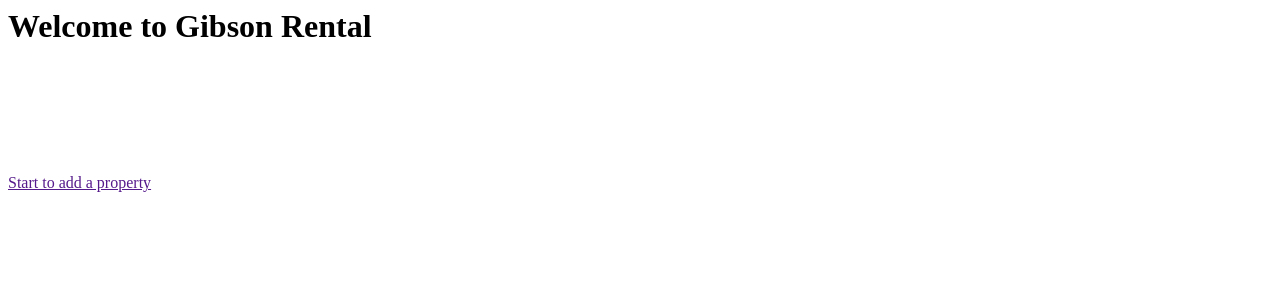
Repository: matthewbgibson/spring-2023-cis2625-serverless
Page: gibson-rental/index.html
The author's editor kept a record of every edit. The page is drawn from the files as they stood at one moment, then again after the next edit.
The browser window is 1280 px wide. The pictures show the whole page.

Above is the page before.

### gibson-rental/index.html
<body>
    <h1>Welcome to Gibson Rental</h1>
    </br>
    </br>
    </br>
    </br>
    </br>
    </br>

    <a href="">Start to add a property</a>
</body>

After the next edit:
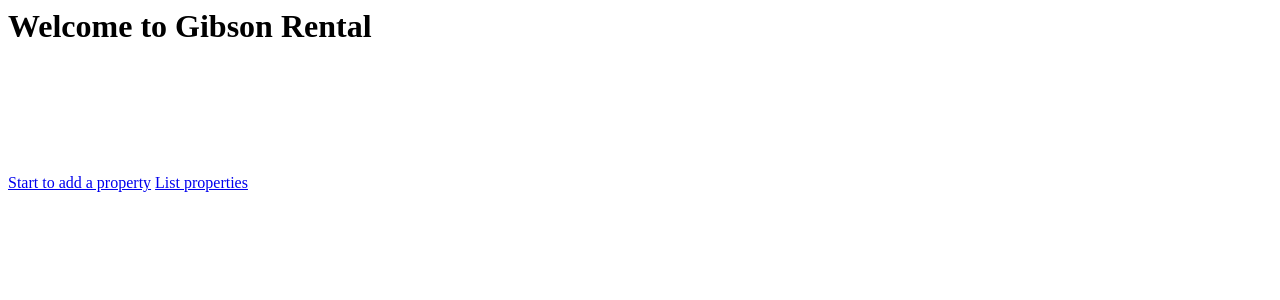
The edit:
--- a/gibson-rental/index.html
+++ b/gibson-rental/index.html
@@ -7,5 +7,6 @@
     </br>
     </br>
 
-    <a href="">Start to add a property</a>
+    <a href="NewProperty.html">Start to add a property</a>
+    <a href="PropertyListing.html">List properties</a>
 </body>
